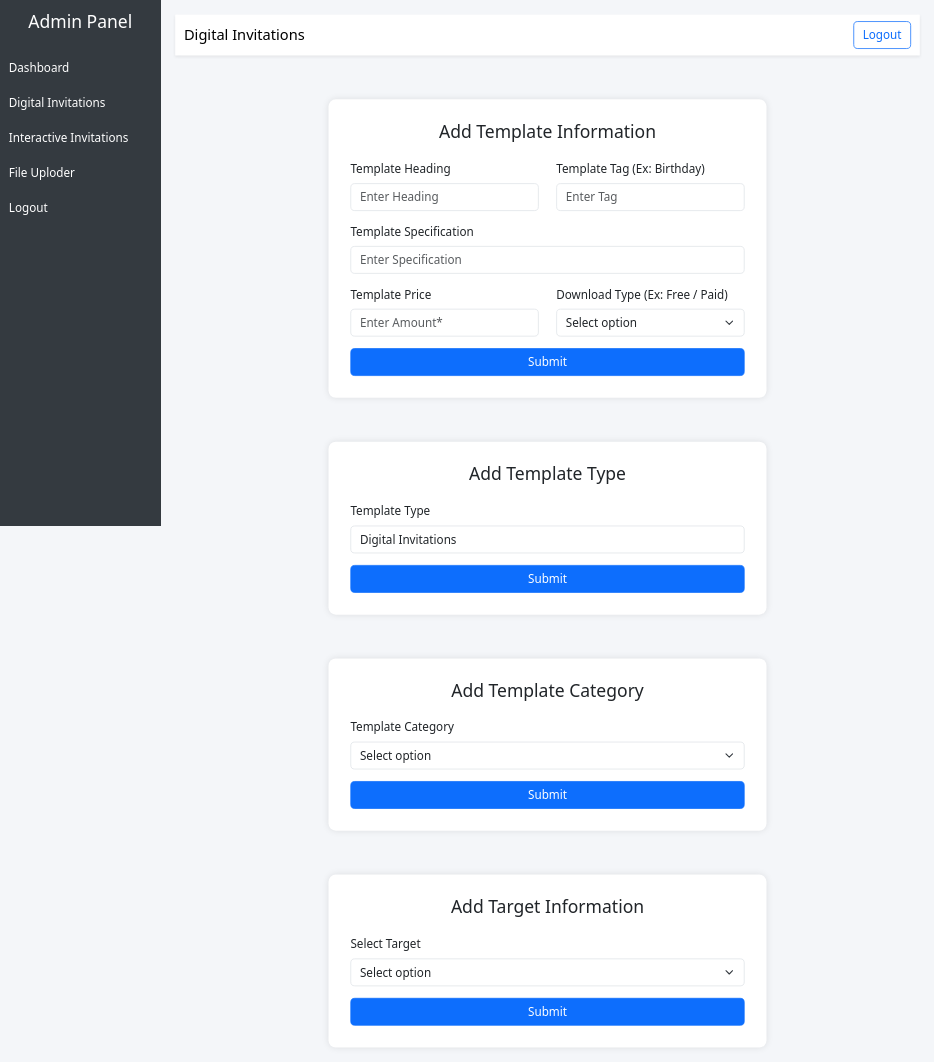
Repository: viraj7551/Flying-Invite-Project
Page: http://localhost/Admin03/digital_invitation.jsp
These files come from the project's save history. The page is drawn as it stood at one moment and after the next save; the edit follows.
The browser window is 1280 px wide. The pictures show the whole page, at 73% of full size.
Some web fonts or font styles are not loaded; a fallback is used. The page is served by Tomcat 9. Other server files are loaded and not shown.

Above is the page before, as saved 2026-07-18 17:32:32.

### Admin03/WebContent/digital_invitation.jsp
<%@ page language="java" contentType="text/html; charset=ISO-8859-1"
    pageEncoding="ISO-8859-1"%>

<!DOCTYPE html>
<html lang="en">
<head>
<meta charset="UTF-8">
<meta name="viewport" content="width=device-width, initial-scale=1.0">

<title>Admin Dashboard</title>
<link rel="preconnect" href="https://fonts.googleapis.com">

<link
	href="https://fonts.googleapis.com/css2?family=Grey+Qo&family=Poppins:ital,wght@0,100;0,200;0,300;0,400;0,500;0,600;0,700;0,800;0,900;1,100;1,200;1,300;1,400;1,500;1,600;1,700;1,800;1,900&display=swap"
	rel="stylesheet">

<!-- Bootstrap CSS -->
<link href="https://cdn.jsdelivr.net/npm/bootstrap@5.3.2/dist/css/bootstrap.min.css" rel="stylesheet">

<style>

body{
background:#f4f6f9;
}

/* Sidebar */
.sidebar{
height:100vh;
background:#343a40;
color:white;
position:fixed;
width:220px;
}

.sidebar a{
color:white;
text-decoration:none;
display:block;
padding:12px;
}

.sidebar a:hover{
background:#495057;
}

/* Content */
.content{
margin-left:220px;
padding:20px;
}

/* Cards */
.card-box{
border-radius:10px;
color:white;
padding:20px;
}

.bg-blue{background:#0d6efd;}
.bg-green{background:#198754;}
.bg-orange{background:#fd7e14;}
.bg-red{background:#dc3545;}

.form-container{
max-width:600px;
margin:auto;
margin-top:60px;
padding:30px;
background:white;
border-radius:10px;
box-shadow:0 0 10px rgba(0,0,0,0.1);
}



/* Mobile */
@media(max-width:768px){

.sidebar{
position:relative;
width:100%;
height:auto;
}

.content{
margin-left:0;
}

}
</style>


</head>

<body>

<div class="sidebar">

<h4 class="text-center py-3">Admin Panel</h4>

<a href="dashboard.jsp">Dashboard</a>
<a href="#">Digital Invitations</a>
<a href="#">Interactive Invitations</a>
<a href="file_uploader.jsp">File Uploder</a>
<a href="administrator.jsp">Logout</a>

</div>


<div class="content">

<!-- Navbar -->

<nav class="navbar navbar-light bg-white shadow-sm mb-4">
<div class="container-fluid">

<span class="navbar-brand">Digital Invitations</span>

<a href="administrator.jsp" class="btn btn-outline-primary">Logout</a>

</div>
</nav>



 <!-- ----------------- Form starts here -->

<div class="container">

<div class="form-container">

<h4 class="mb-4 text-center">Add Template Information</h4>

<form method="POST" action="/Admin03/Invitations">

<div class="row">
    <div class="col-md-6 mb-3">
        <label class="form-label">Template Heading</label>
         <input type="text" class="form-control" placeholder="Enter Heading" name="template_heading">
   </div>
       <div class="col-md-6 mb-3">
        <label class="form-label">Template Tag (Ex: Birthday)</label>
         <input type="text" class="form-control" placeholder="Enter Tag" name="template_tag">
   </div>
 </div>

<div class="mb-3">
      <label class="form-label">Template Specification</label>
      <input type="text" class="form-control" placeholder="Enter Specification" name="template_specification">
</div>


<div class="row">
     <div class="col-md-6 mb-3">
          <label class="form-label">Template Price</label>
          <input type="text" class="form-control" placeholder="Enter Amount*" name="total_amount">
     </div>
     <div class="col-md-6 mb-3">
              <label class="form-label">Download Type (Ex: Free / Paid)</label>
              <select class="form-select" name="template_download_type">
                 <option selected>Select option</option>
                 <option value="Free">Free</option>
                 <option value="Pay">Pay</option>
             </select>
     </div>
 </div>

<div class="d-grid">
      <button type="submit" class="btn btn-primary">Submit </button>
</div>

</form>

</div>

</div>

 <!-- ------------------ Form ends here -->


 <!-- --------------------Form 2 starts here ------------------->
<div class="container">
<div class="form-container">
<h4 class="mb-4 text-center">Add Template Type</h4>
 <form method="POST" action="/Admin03/Invitations">
  <div class="row">
     <div class="mb-3">
          <label class="form-label">Template Type</label>
          <input type="text" class="form-control" placeholder="Enter first name" name="template_type_selector"  value = "Digital Invitations" readonly>
    </div>
   <div class="d-grid">
      <button type="submit" class="btn btn-primary">Submit </button>
   </div>
 </div>
</form>
</div>
</div>

 <!-- -------------------Form 2 ends here -->



<!-- -------------------Form 3 starts here ------------->
<div class="container">
<div class="form-container">
<h4 class="mb-4 text-center">Add Template Category</h4>
 <form method="POST" action="/Admin03/Invitations">
  <div class="row">
     <div class="mb-3">
          <label class="form-label">Template Category</label>
                <select id ="first_drop_down" class="form-select" onchange = "festivalFilter()" name="category_selector">
          <option selected>Select option</option>
          <option value="Greetings">Greetings</option>
          <option value="Invitations">Invitations</option>
       </select>
    </div>
   <div class="d-grid">
      <button type="submit" class="btn btn-primary">Submit </button>
   </div>
 </div>
</form>
</div>
</div>
<!-- -------------------Form 3 ends here --------------->


<!-- -------------------Form 4 starts here --------------->


<!-- -------------------Form 4 ends here --------------->


<!-- -------------------- Form 2 starts here -->
<div class="container">
<div class="form-container">
<h4 class="mb-4 text-center">Add Target Information</h4>
<form method="POST" action="/Admin03/SetTargetInformation">
<div class="row">
      <div class="mb-3">
      <label class="form-label">Select Target</label>
      <select id ="first_drop_down" class="form-select" onchange = "festivalFilter()" name="target_selector">
          <option selected>Select option</option>
          <option value="Wedding">Wedding</option>
          <option value="Baby Shower">Baby Shower</option>
          <option value="Yoga Day">Yoga Day</option>
          <option value="Birthday">Birthday</option>
          <option value="Anniversary">Anniversary</option>
          <option value="Festival">Festival</option>
       </select>
</div>
</div>

<div class="row">
<div class="mb-3"  id="second_drop_down"  style="display:none;">
      <label class="form-label">Select Festival</label>
          <select class="form-select" name="festival_selector">
             <option selected>Select option</option>
             <option value="Makar Sankranti">Makar Sankranti</option>
             <option value="Holi">Holi</option>
             <option value="Eid-ul-Fitr">Eid-ul-Fitr</option>
             <option value="Gudi Padwa">Gudi Padwa</option>
             <option value="Ram Navami">Ram Navami</option>
             <option value="Easter">Easter</option>
             <option value="Independence Day">Independence Day</option>
             <option value="Raksha Bandhan">Raksha Bandhan</option>
             <option value="Janmashtami">Janmashtami</option>
             <option value="Ganesh Chaturthi">Ganesh Chaturthi</option>
             <option value="Dussehra">Dussehra</option>
             <option value="Diwali">Diwali</option>
          </select>
   </div>
</div>

<div class="d-grid">
 <button type="submit" class="btn btn-primary"> Submit </button>
</div>

</form>
</div>
</div>


 <!-- ---------------------Form 2 ends here -->


</div>

<script>

   function festivalFilter(){
	   let firstValue = document.getElementById("first_drop_down").value;
	   if(firstValue === "Festival"){
		   document.getElementById("second_drop_down").style.display="block";
	   }else{
		   document.getElementById("second_drop_down").style.display="none";
	   }
   }

</script>

<script src="https://cdn.jsdelivr.net/npm/bootstrap@5.3.2/dist/js/bootstrap.bundle.min.js"></script>
</body>
</html>

After the next save:
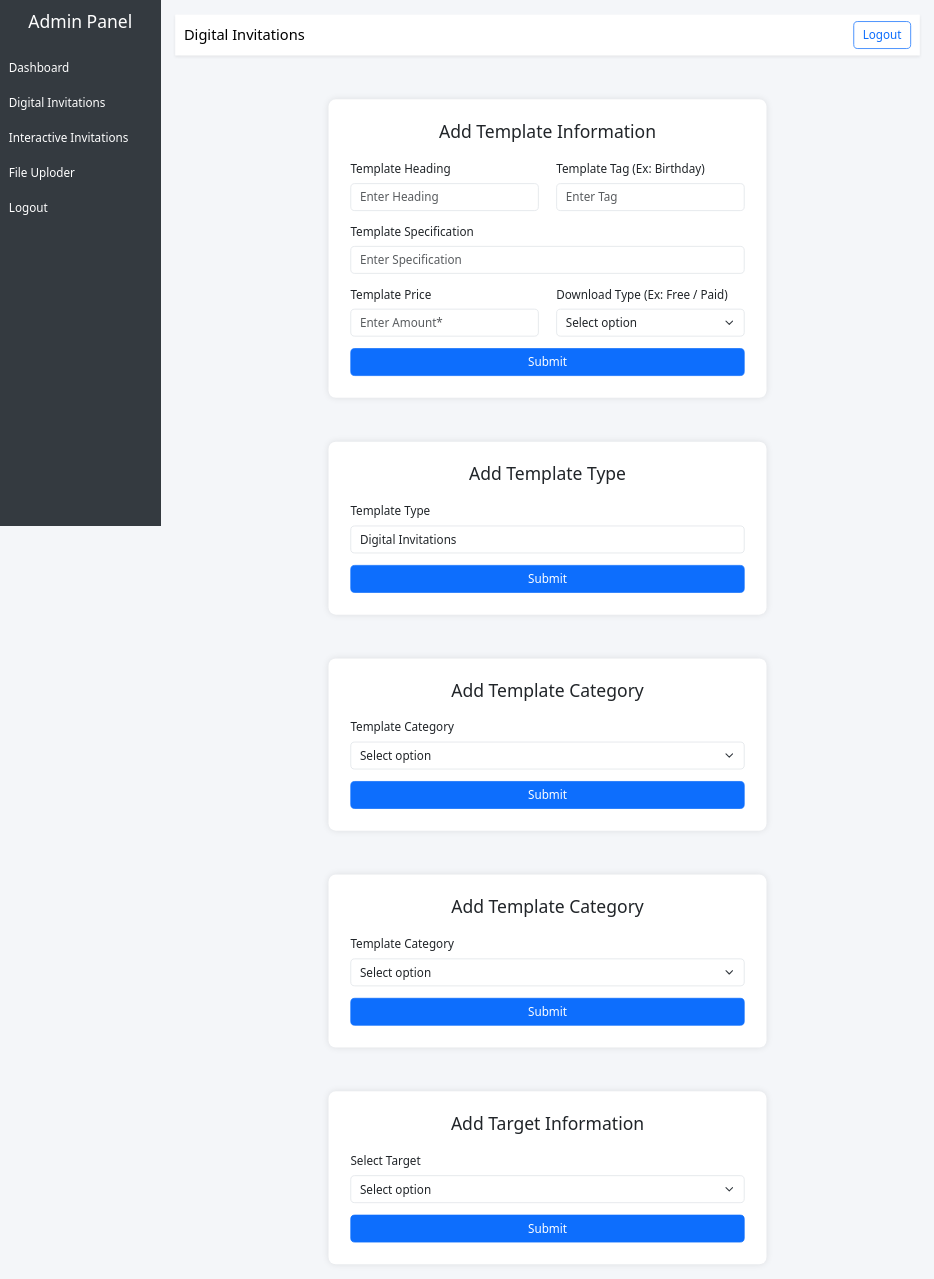
Saved 16 s later.
--- a/Admin03/WebContent/digital_invitation.jsp
+++ b/Admin03/WebContent/digital_invitation.jsp
@@ -225,7 +225,26 @@ margin-left:0;
 
 
 <!-- -------------------Form 4 starts here --------------->
-
+<div class="container">
+<div class="form-container">
+<h4 class="mb-4 text-center">Add Template Category</h4>
+ <form method="POST" action="/Admin03/Invitations">
+  <div class="row">
+     <div class="mb-3">
+          <label class="form-label">Template Category</label>
+                <select id ="first_drop_down" class="form-select" onchange = "festivalFilter()" name="category_selector">
+          <option selected>Select option</option>
+          <option value="Greetings">Greetings</option>
+          <option value="Invitations">Invitations</option>
+       </select>
+    </div>
+   <div class="d-grid">
+      <button type="submit" class="btn btn-primary">Submit </button>
+   </div>
+ </div>
+</form>
+</div>
+</div>
 
 <!-- -------------------Form 4 ends here --------------->
 
